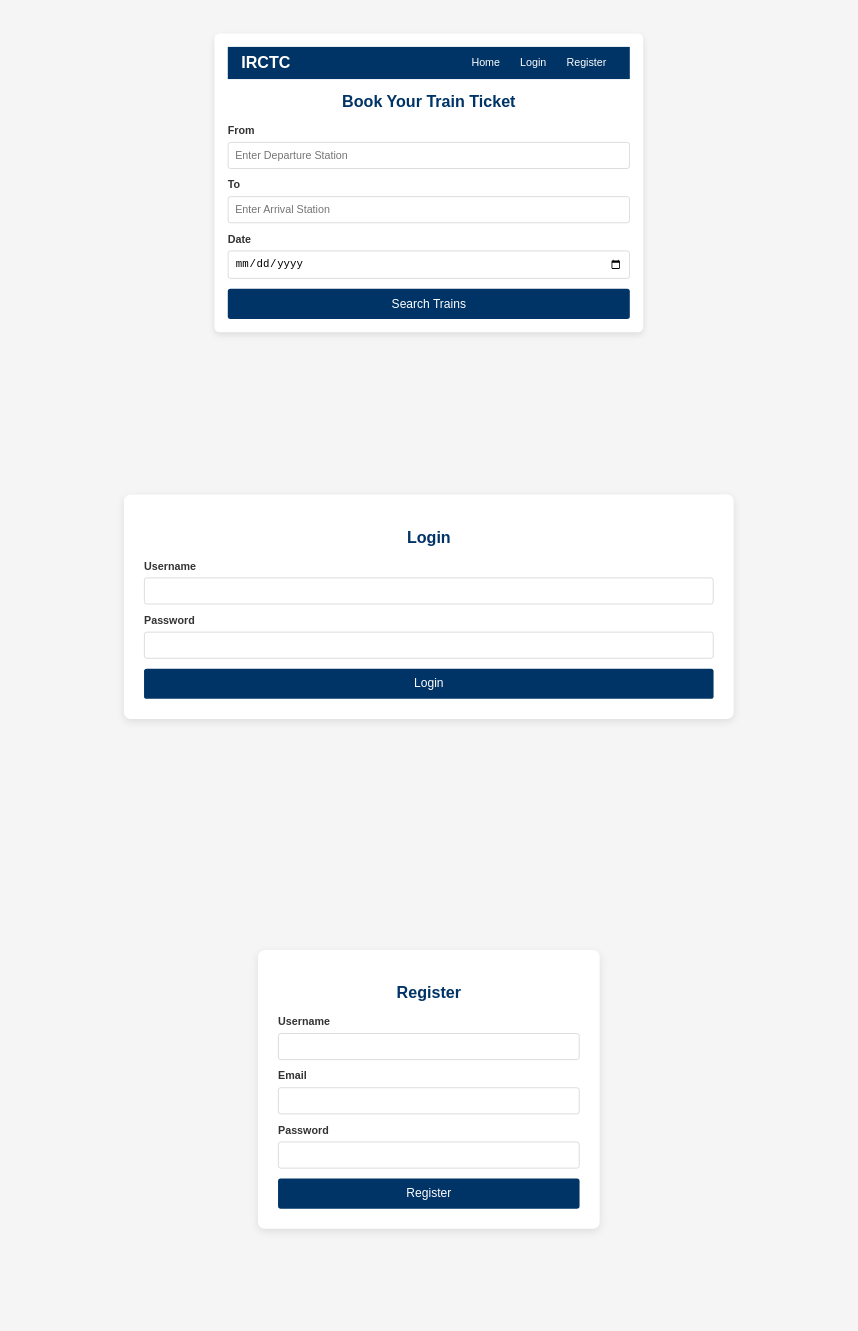
Repository: ssaddamhuss100/IRCTC-Clone
Page: /
An editor plug-in stored every save of this project. The page is shown before and after a run of saves, followed by the edit.
The browser window is 1280 px wide. The pictures show the whole page, at 67% of full size.
The project was rebuilt for these pictures with package versions that can differ from the ones it lists, and the page was loaded fresh each time. Also part of the build but not shown: vite.config.js, src/components/Header/Header.css, src/components/Header/Header.jsx.

Above is the page before, as saved 2025-01-19 11:58:35.

After the next 2 saves:
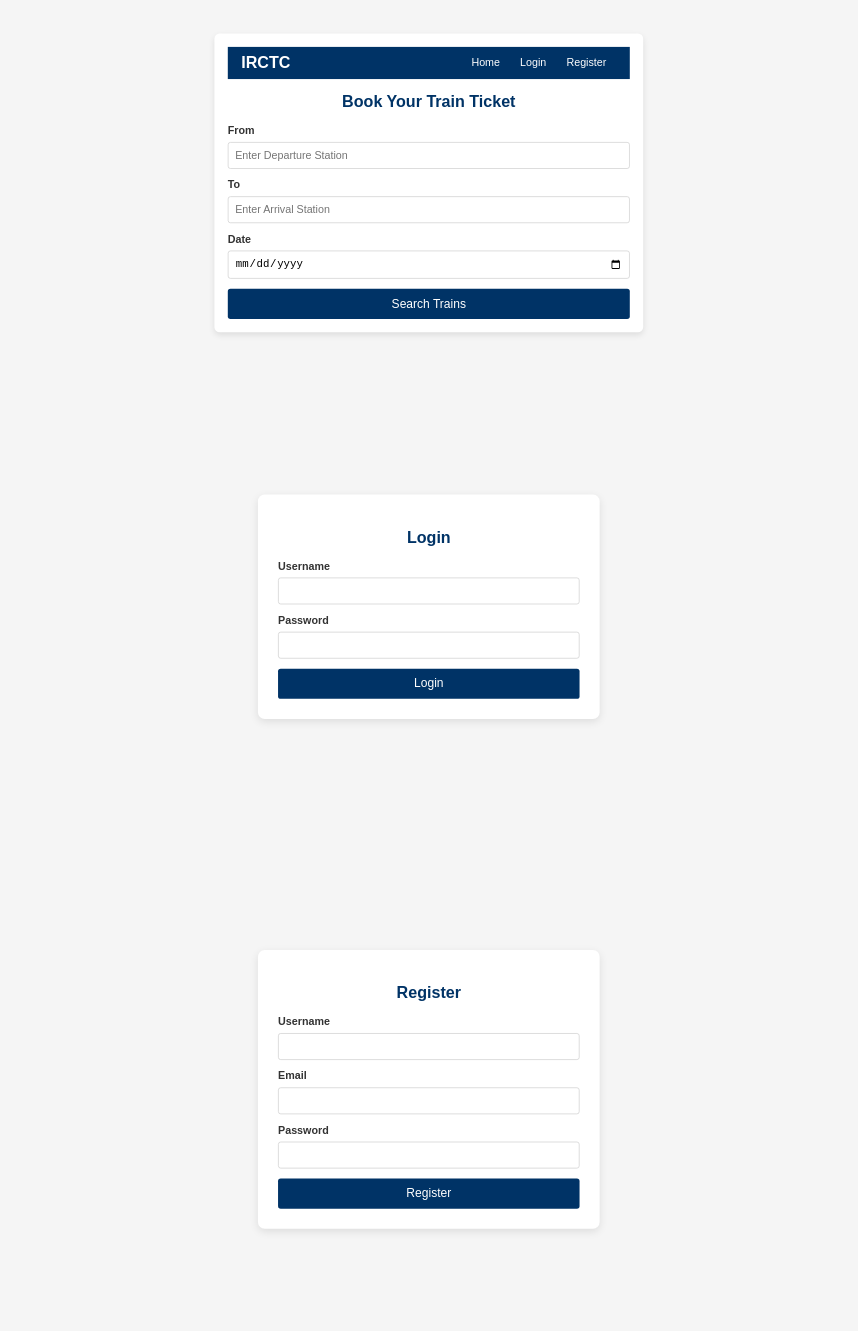
The 2 saves are shown as one change because they came seconds apart.
The last was saved 11 s later.
--- a/src/pages/Login/Login.css
+++ b/src/pages/Login/Login.css
@@ -14,7 +14,7 @@
   border-radius: 10px; /* Rounded corners */
   box-shadow: 0 4px 12px rgba(0, 0, 0, 0.1); /* Soft shadow */
   width: 100%; /* Full width of container */
-  max-width: 850px; /* Max width to limit form size */
+  max-width: 450px; /* Max width to limit form size */
 }
 
 /* Form heading */
